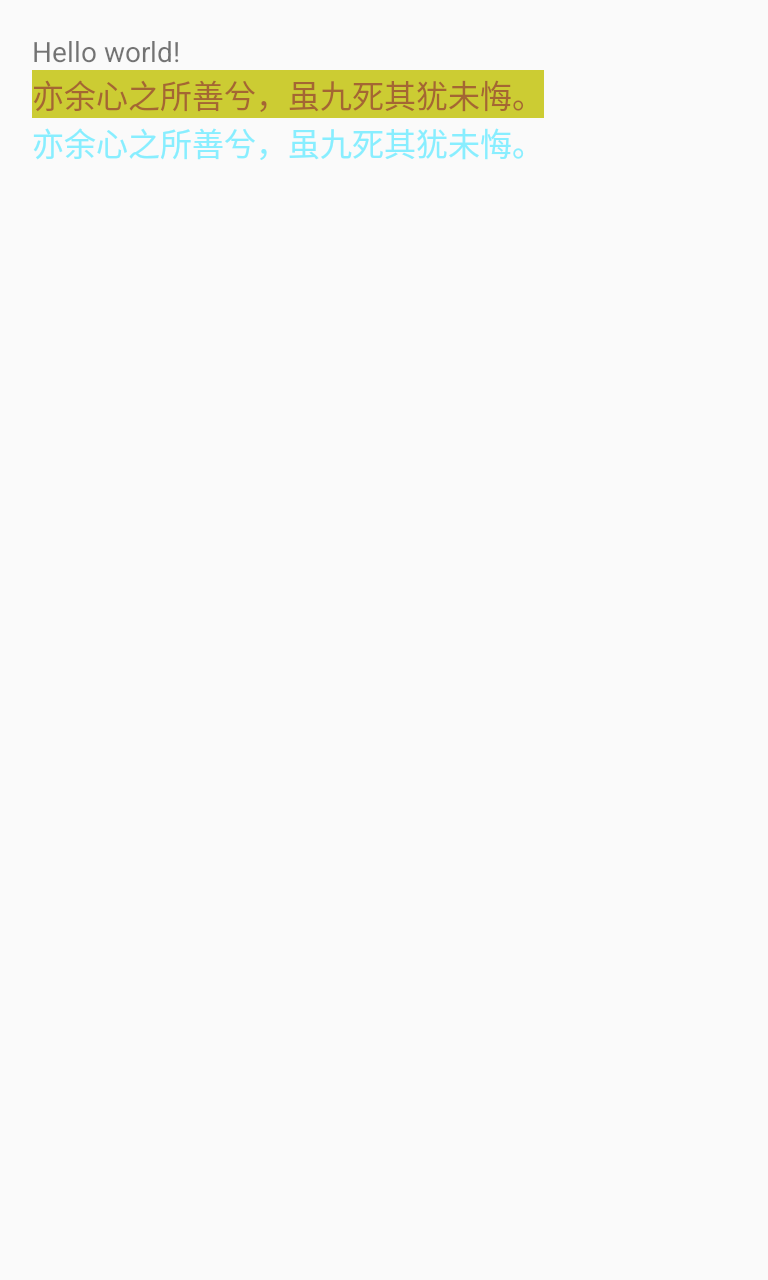
Repository: duhei/cici
Layout: GitHubFrist/res/layout/activity_main.xml
These files come from the project's save history. The layout is drawn as it stood at one moment and after the next save; the edit follows.
It is drawn on a 768 x 1280 px phone screen (xhdpi) without system bars, with theme AppTheme; the app's code is not run.

Above is the layout before, as saved 2015-07-10 07:35:38.

### GitHubFrist/res/layout/activity_main.xml
<LinearLayout xmlns:android="http://schemas.android.com/apk/res/android"
    xmlns:tools="http://schemas.android.com/tools"
    android:layout_width="match_parent"
    android:layout_height="match_parent"
    android:paddingBottom="@dimen/activity_vertical_margin"
    android:paddingLeft="@dimen/activity_horizontal_margin"
    android:paddingRight="@dimen/activity_horizontal_margin"
    android:paddingTop="@dimen/activity_vertical_margin"
    tools:context="com.mylove.githubfrist.MainActivity"
    android:orientation="vertical"
    >

    <TextView
        android:layout_width="wrap_content"
        android:layout_height="wrap_content"
        android:text="@string/hello_world" />

    <TextView
        style="@style/warp_content"
        android:text="@string/lisao"
        android:background="#FFCCCC33"
        android:textColor="#99882233"
        android:textSize="16dp"
        />

    <TextView
        style="@style/warp_textCol"
        android:text="@string/lisao"
        />





</LinearLayout>

### GitHubFrist/res/values/styles.xml
<resources xmlns:android="http://schemas.android.com/apk/res/android">

    <!--
        Base application theme, dependent on API level. This theme is replaced
        by AppBaseTheme from res/values-vXX/styles.xml on newer devices.
    -->
    <style name="AppBaseTheme" parent="Theme.AppCompat.Light">
        <!--
            Theme customizations available in newer API levels can go in
            res/values-vXX/styles.xml, while customizations related to
            backward-compatibility can go here.
        -->
    </style>

    <!-- Application theme. -->
    <style name="AppTheme" parent="AppBaseTheme">
        <!-- All customizations that are NOT specific to a particular API-level can go here. -->
    </style>

    <style name = "warp_content" >
        <item name="android:layout_width">wrap_content</item>
        <item name="android:layout_height">wrap_content</item>
    </style>

    <style name="warp_textCol" parent="warp_content">
        <item name="android:textColor">#FF88EEFF</item>
        <item name="android:textSize">16dp</item>
    </style>


</resources>

### GitHubFrist/res/values/strings.xml
<?xml version="1.0" encoding="utf-8"?>
<resources>

    <string name="app_name">GitHubFrist</string>
    <string name="hello_world">Hello world!</string>
    <string name="action_settings">Settings</string>

    <string name="lisao">亦余心之所善兮，虽九死其犹未悔。</string>
</resources>

Loaded but not shown: GitHubFrist/res/values-v11/styles.xml (common file); GitHubFrist/res/values-v14/styles.xml (common file); GitHubFrist/res/values/dimens.xml (common file); GitHubFrist/res/values-w820dp/dimens.xml (common file)

After the next save:
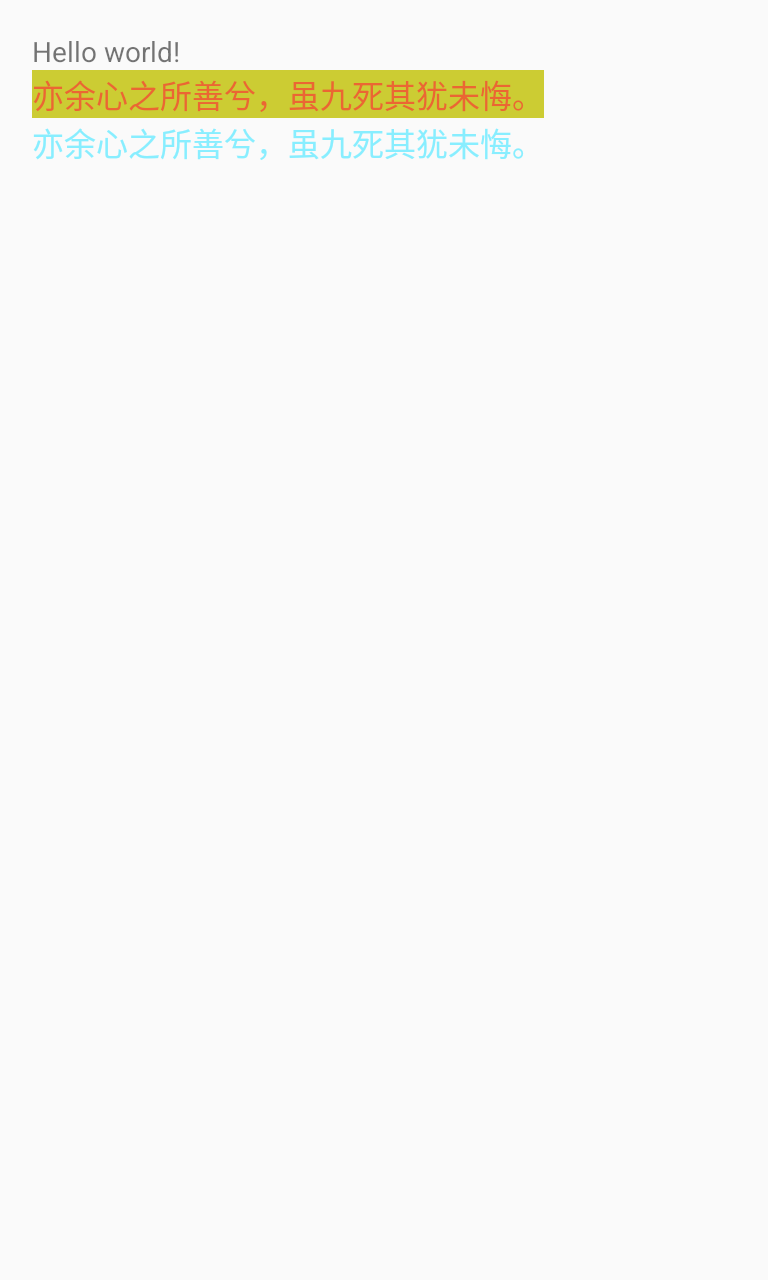
Saved 8 s later.
--- a/GitHubFrist/res/layout/activity_main.xml
+++ b/GitHubFrist/res/layout/activity_main.xml
@@ -19,7 +19,7 @@
         style="@style/warp_content"
         android:text="@string/lisao"
         android:background="#FFCCCC33"
-        android:textColor="#99882233"
+        android:textColor="#99FF2233"
         android:textSize="16dp"
         />
 
